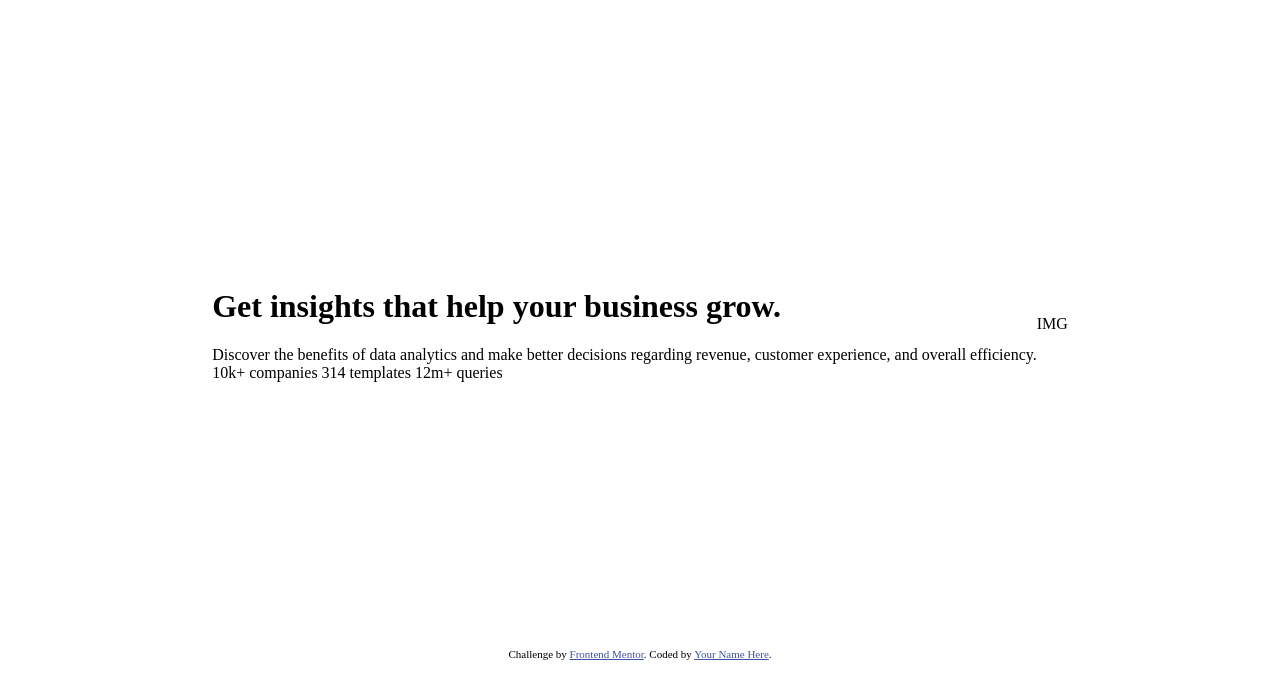
Repository: wasanmsn/Card_Challange
Page: index.html
An editor plug-in stored every save of this project. The page is shown before and after the next save, followed by the edit.
The browser window is 1280 px wide. The pictures show the whole page.

Above is the page before, as saved 2021-07-21 15:51:21.

### index.html
<!DOCTYPE html>
<html lang="en">

<head>
  <meta charset="UTF-8">
  <meta name="viewport" content="width=device-width, initial-scale=1.0">
  <!-- displays site properly based on user's device -->

  <link rel="icon" type="image/png" sizes="32x32" href="./images/favicon-32x32.png">
  <link rel="stylesheet" href="./stylesheet.css">

  <title>Frontend Mentor | Stats preview card component</title>

  <!-- Feel free to remove these styles or customise in your own stylesheet 👍 -->
  <style>
    .attribution {
      font-size: 11px;
      text-align: center;
    }

    .attribution a {
      color: hsl(228, 45%, 44%);
    }
  </style>
</head>

<body>
  <div class="container">
    <div class="column1">
      <h1>
        Get insights that help your business grow.
      </h1>
      <div>
        Discover the benefits of data analytics and make better decisions regarding revenue, customer
        experience, and overall efficiency.
      </div>
      <div>
        10k+ companies
        314 templates
        12m+ queries
      </div>
    </div>
      <div class="column2">
    IMG
    </div>
  </div>

  <div class="attribution">
    Challenge by <a href="https://www.frontendmentor.io?ref=challenge" target="_blank">Frontend Mentor</a>.
    Coded by <a href="#">Your Name Here</a>.
  </div>
</body>

</html>

### stylesheet.css
body{
    margin: 0;
    padding: 0;
}
.container{
    width: 100%;
    display: flex;
    height: 90vh;
    justify-content: center;
    align-items: center;
    border: 2px saddlebrown black;
}
.column1{
    display: flex;
    flex-direction: column;
    justify-content: space-evenly;
}

After the next save:
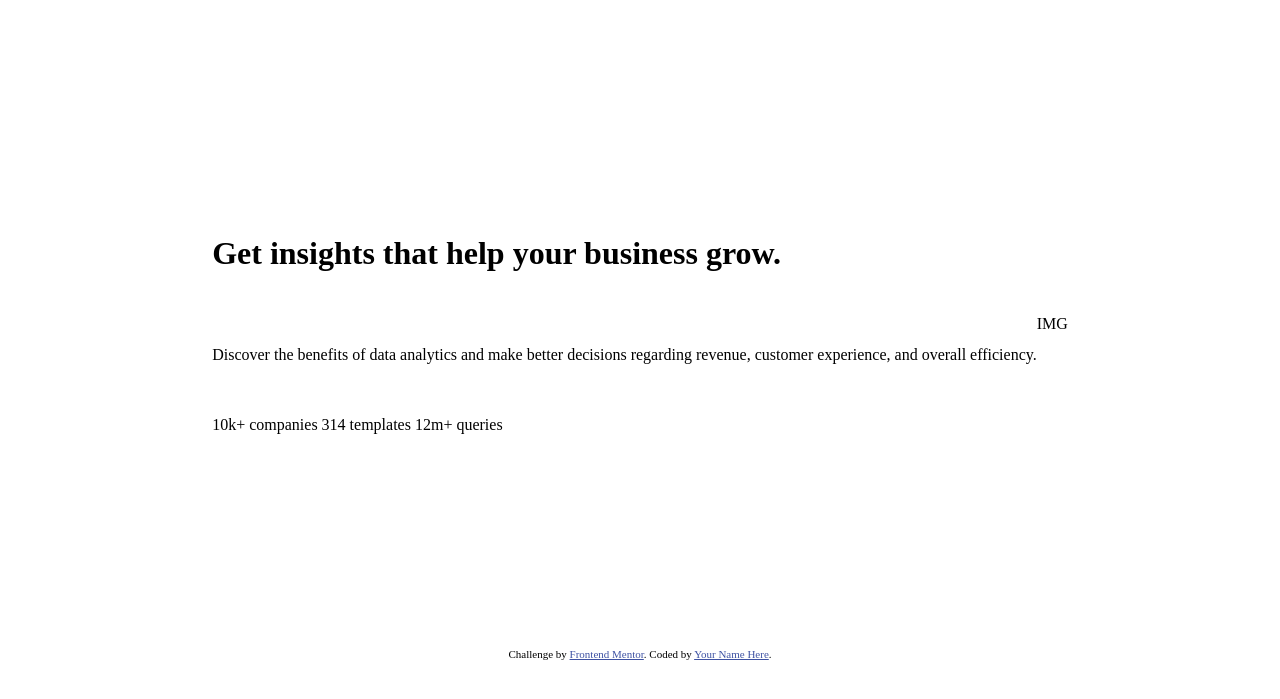
Saved 2 min 12 s later.
--- a/stylesheet.css
+++ b/stylesheet.css
@@ -8,10 +8,12 @@
     height: 90vh;
     justify-content: center;
     align-items: center;
-    border: 2px saddlebrown black;
+
 }
 .column1{
     display: flex;
     flex-direction: column;
     justify-content: space-evenly;
+    height: 50%;
+    border: 2px saddlebrown black;
 }
